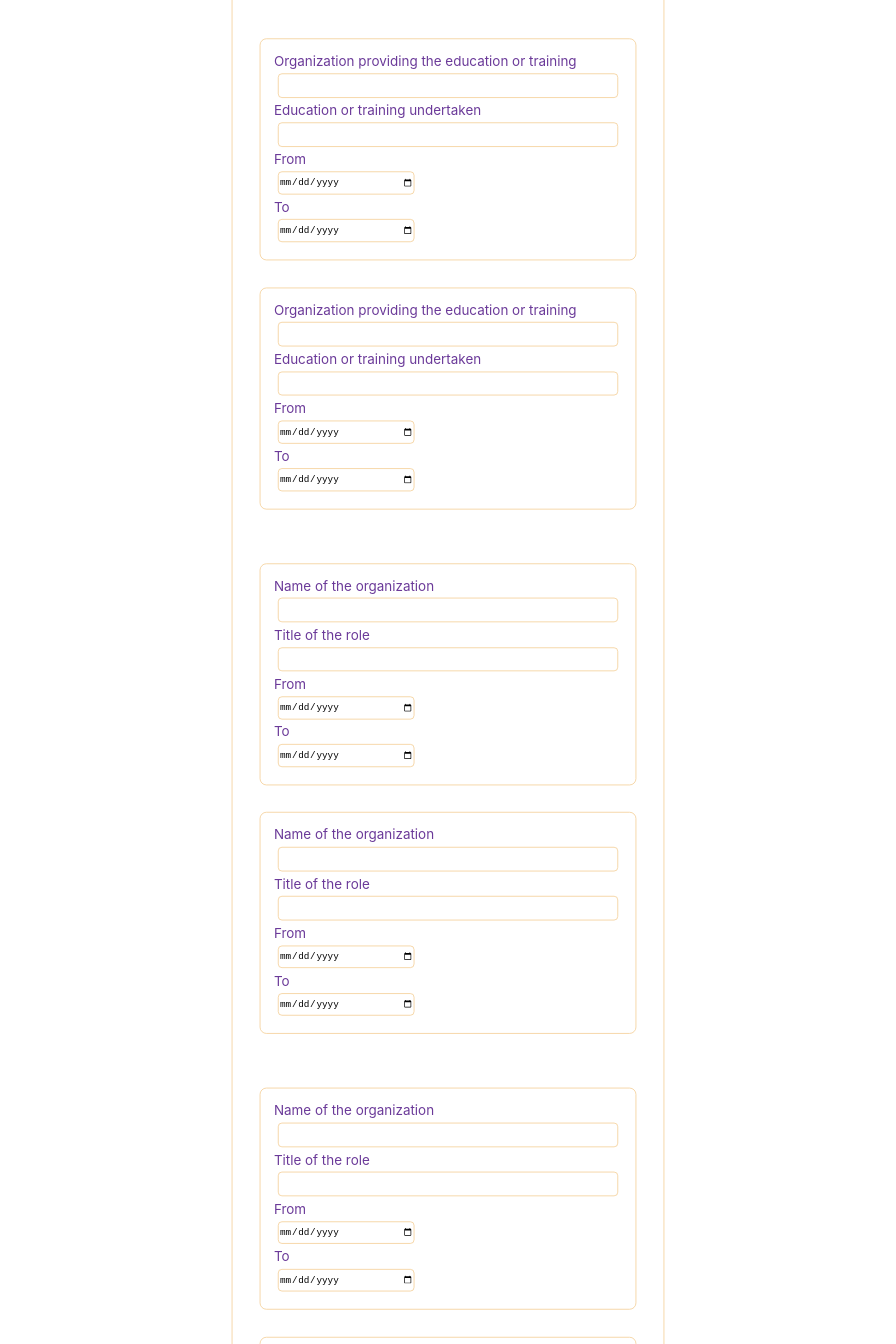
Repository: 0101chaitanya/resume-app
Page: /
The author's editor kept a copy of each file at every save. The page is drawn from the files as they stood at one save, then again after the next save.
The browser window is 1280 px wide. The pictures show the part of the page from y = 657 to 2577 px (the page is 3427 px tall), at 70% of full size.
The project was rebuilt for these pictures with package versions that can differ from the ones it lists, and the page was loaded fresh each time.

Above is the page before, as saved 2021-07-28 18:34:21.

### src/App.js
import React, { useState, useEffect } from "react";
import logo from "./logo.svg";
import "./App.css";
import Section1 from "./components/section1";
import Section2 from "./components/section2";
import Section3 from "./components/section3";
/* fullName: "",
    currentRole: "",
    address1: "",
    address2: "",
    about: "",
    phone: "",
    email: "",

    schoolName1: "",
    titleOfStudy1: "",
    from1: "",
    to1: "",

    schoolName2: "",
    titleOfStudy2: "",
    from2: "",
    to2: "",

    organizationName1: "",
    titleOfRole1: "",
    workedFrom1: "",
    workedTill1: "",

    organizationName2: "",
    titleOfRole2: "",
    workedFrom2: "",
    workedTill2: "",


    */

function App() {
  const [state, setState] = useState({
    skills: "",

    project1: "",
    project2: "",
    project3: "",
  });
  useEffect(() => {
    console.log(state);
  });
  const onChange = (e) => {
    const { name, value } = e.target;
    console.log(name, value);
    setState({
      ...state,
      [name]: value,
    });
    console.log(state);
  };
  const handleSubmit = (e) => {
    localStorage.setItem("savedData", JSON.stringify(state));
    setState({
      fullName: "",
      currentRole: "",
      address1: "",
      address2: "",
      email: "",
      phone: "",
      about: "fsfesffsffsefsfsefes",
      schoolName1: "",
      titleOfStudy1: "",
      from1: "",
      to1: "",
      schoolName2: "",
      titleOfStudy2: "",
      from2: "",
      to2: "",
      organizationName1: "",
      titleOfRole1: "",
      workedFrom1: "",
      workedTill1: "",
      organizationName2: "",
      titleOfRole2: "",
      workedFrom2: "",
      workedTill2: "",
      skills: "",
      project1: "",
      project2: "",
      project3: "",
    });
    e.target.submit();
  };

  return (
    <div className="app">
      <header className="App-header">
        <h1>Resume-App</h1>
      </header>
      <form
        onSubmit={(e) => {
          e.preventDefault();
          handleSubmit(e);
        }}
      >
        <Section1 state={state} onChange={onChange.bind(this)} />
        <Section2 state={state} onChange={onChange.bind(this)} />
        <Section3 state={state} onChange={onChange.bind(this)} />

        <div className="section section3">
          <div className="job1">
            <label htmlFor="organizationName1">
              Name of the organization
              <input
                required
                id="organizationName1"
                name="organizationName1"
                onChange={onChange}
                value={state.organizationName1}
                type="text"
              />
            </label>
            <label htmlFor="titleOfRole1">
              Title of the role
              <input
                required
                id="titleOfRole1"
                name="titleOfRole1"
                onChange={onChange}
                value={state.titleOfRole1}
                type="text"
              />
            </label>
            <label htmlFor="workedFrom1">
              From
              <input
                required
                id="workedFrom1"
                name="workedFrom1"
                onChange={onChange}
                value={state.workedFrom1}
                type="date"
              />
            </label>
            <label htmlFor="workedTill1">
              To
              <input
                required
                id="workedTill1"
                name="workedTill1"
                onChange={onChange}
                value={state.workedTill1}
                type="date"
              />
            </label>
          </div>
          <div className="job2">
            <label htmlFor="organizationName2">
              Name of the organization
              <input
                id="organizationName2"
                name="organizationName2"
                onChange={onChange}
                value={state.organizationName2}
                type="text"
              />
            </label>
            <label htmlFor="titleOfRole2">
              Title of the role
              <input
                id="titleOfRole2"
                name="titleOfRole2"
                onChange={onChange}
                value={state.titleOfRole2}
                type="text"
              />
            </label>
            <label htmlFor="workedFrom2">
              From
              <input
                id="workedFrom2"
                name="workedFrom2"
                onChange={onChange}
                value={state.workedFrom2}
                type="date"
              />
            </label>
            <label htmlFor="workedTill2">
              To
              <input
                id="workedTill2"
                name="workedTill2"
                onChange={onChange}
                value={state.workedTill2}
                type="date"
              />
            </label>
          </div>
        </div>
        <div className="section section4">
          <label htmlFor="skills">
            Skills
            <input
              required
              id="skills"
              name="skills"
              onChange={onChange}
              value={state.skills}
              type="text"
            />
          </label>
        </div>
        <div className="section section5">
          <ol>
            Projects:
            <li>
              <label htmlFor="project1">
                <input
                  required
                  id="project1"
                  name="project1"
                  onChange={onChange}
                  value={state.project1}
                  type="text"
                />
              </label>
            </li>
            <li>
              <label htmlFor="project2">
                <input
                  required
                  id="project2"
                  name="project2"
                  onChange={onChange}
                  value={state.project2}
                  type="text"
                />
              </label>
            </li>
            <li>
              <label htmlFor="project3">
                <input
                  id="project3"
                  name="project3"
                  onChange={onChange}
                  value={state.project3}
                  type="text"
                />
              </label>
            </li>
          </ol>
        </div>
        <button type="submit">Save</button>
      </form>
    </div>
  );
}

export default App;

### src/App.css
html {
  font-size: 1.2rem;
  font-weight: 400;
  color: rgb(107, 58, 153);
}
input {
  border-radius: 0.3rem;
  height: 1.6rem;
  border: 0.1rem solid rgb(243, 200, 135);
  border-radius: 0.3rem;
}
.app {
  margin: auto;
  display: flex;
  flex-direction: column;
  border: 0.1rem solid rgb(243, 200, 135);
  width: fit-content;
  border-radius: 1rem;
  height: fit-content;
}

h1 {
  text-align: center;
  text-decoration: underline;
}
label {
  display: flex;
  flex-direction: column;
}
input[type="text"] {
  width: 25rem;
  margin: 0.3rem;
}
input[type="email"],
input[type="tel"] {
  width: 14rem;

  margin: 0.3rem;
}

input[type="date"] {
  width: 10rem;

  margin: 0.3rem;
}
.edu1,
.edu2,
.job1,
.job2 {
  margin: 1rem;
  padding: 1rem;
  border-radius: 0.5rem;
  border: 1px solid rgb(243, 200, 135);
}
.section {
  margin: 1rem;
  display: flex;
  flex-direction: column;
  justify-content: center;
}
form {
  display: flex;
  flex-direction: column;
  align-items: center;
}
button {
  justify-self: center;
  align-self: center;
  margin: 1rem;
  padding: 0.5rem;
  background-color: rgb(238, 238, 195);
  border-radius: 0.3rem;
  border: 1px solid rgb(243, 200, 135);
}

.section1,
.section4,
.section5 {
  margin: 1rem;
  padding: 1rem;

  border-radius: 0.5rem;
  border: 1px solid rgb(243, 200, 135);
}

### src/components/section1.js
import React, { useState } from "react";

export default function Section1(props) {
  const [state, setState] = useState({
    fullName: props.state.fullName,
    currentRole: props.state.currentRole,
    address1: props.state.address1,
    address2: props.state.address2,
    email: props.state.email,
    phone: props.state.phone,
    about: props.state.about,

    /* fullName: "",
    currentRole: "",
    address1: "",
    address2: "",
    about: "",
    phone: "",
    email: "", */
  });
  return (
    <div className="section section1">
      <label htmlFor="fullName">
        Full Name
        <input
          required
          id="fullName"
          name="fullName"
          onChange={(e) => props.onChange(e)}
          value={state.fullName}
          type="text"
        />
      </label>
      <label htmlFor="currentRole">
        Current Role
        <input
          required
          id="currentRole"
          name="currentRole"
          onChange={props.onChange}
          value={state.currentRole}
          type="text"
        />
      </label>
      <label htmlFor="address1">
        Address Field 1
        <input
          required
          id="address1"
          name="address1"
          onChange={props.onChange}
          value={state.address1}
          type="text"
        />
      </label>
      <label htmlFor="address2">
        Address Field 2
        <input
          required
          id="address2"
          name="address2"
          onChange={props.onChange}
          value={state.address2}
          type="text"
        />
      </label>
      <label htmlFor="email">
        Email
        <input
          required
          id="email"
          name="email"
          onChange={props.onChange}
          value={state.email}
          type="email"
        />
      </label>
      <label htmlFor="phone">
        Phone
        <input
          required
          id="phone"
          name="phone"
          onChange={props.onChange}
          value={state.phone}
          type="tel"
        />
      </label>
      <label htmlFor="about">
        About
        <textarea
          rows={3}
          id="about"
          name="about"
          onChange={props.onChange}
          value={state.about}
        />
      </label>
    </div>
  );
}

### src/components/section2.js
import React, { useState } from "react";

export default function Section2(props) {
  const [state, setState] = useState({
    schoolName1: props.state.schoolName1,
    titleOfStudy1: props.state.titleOfStudy1,
    from1: props.state.from1,
    to1: props.state.to1,

    schoolName2: props.state.schoolName2,
    titleOfStudy2: props.state.titleOfStudy2,
    from2: props.state.from2,
    to2: props.state.to2,
  });

  return (
    <div className="section section2">
      <div className="edu1">
        <label htmlFor="schoolName1">
          Organization providing the education or training
          <input
            required
            id="schoolName1"
            name="schoolName1"
            onChange={props.onChange}
            value={state.schoolName1}
            type="text"
          />
        </label>
        <label htmlFor="titleOfStudy1">
          Education or training undertaken
          <input
            required
            id="titleOfStudy1"
            name="titleOfStudy1"
            onChange={props.onChange}
            value={state.titleOfStudy1}
            type="text"
          />
        </label>
        <label htmlFor="from1">
          From
          <input
            required
            id="from1"
            name="from1"
            onChange={props.onChange}
            value={state.from1}
            type="date"
          />
        </label>
        <label htmlFor="to1">
          To
          <input
            required
            id="to1"
            name="to1"
            onChange={props.onChange}
            value={state.to1}
            type="date"
          />
        </label>
      </div>
      <div className="edu2">
        <label htmlFor="schoolName2">
          Organization providing the education or training
          <input
            required
            id="schoolName2"
            name="schoolName2"
            onChange={props.onChange}
            value={state.schoolName2}
            type="text"
          />
        </label>
        <label htmlFor="titleOfStudy2">
          Education or training undertaken
          <input
            required
            id="titleOfStudy2"
            name="titleOfStudy2"
            onChange={props.onChange}
            value={state.titleOfStudy2}
            type="text"
          />
        </label>
        <label htmlFor="from2">
          From
          <input
            required
            id="from2"
            name="from2"
            onChange={props.onChange}
            value={state.from2}
            type="date"
          />
        </label>
        <label htmlFor="to2">
          To
          <input
            required
            id="to2"
            name="to2"
            onChange={props.onChange}
            value={state.to2}
            type="date"
          />
        </label>
      </div>
    </div>
  );
}

### src/components/section3.js
import React, { useState } from "react";

export default function Section3(props) {
  const [state, setState] = useState({
    organizationName1: props.state.organizationName1,
    titleOfRole1: props.state.titleOfRole1,
    workedFrom1: props.state.workedFrom1,
    workedTill1: props.state.workedTill1,

    organizationName2: props.state.organizationName2,
    titleOfRole2: props.state.titleOfRole2,
    workedFrom2: props.state.workedFrom2,
    workedTill2: props.state.workedTill2,
  });
  return (
    <div className="section section3">
      <div className="job1">
        <label htmlFor="organizationName1">
          Name of the organization
          <input
            required
            id="organizationName1"
            name="organizationName1"
            onChange={props.onChange}
            value={state.organizationName1}
            type="text"
          />
        </label>
        <label htmlFor="titleOfRole1">
          Title of the role
          <input
            required
            id="titleOfRole1"
            name="titleOfRole1"
            onChange={props.onChange}
            value={state.titleOfRole1}
            type="text"
          />
        </label>
        <label htmlFor="workedFrom1">
          From
          <input
            required
            id="workedFrom1"
            name="workedFrom1"
            onChange={props.onChange}
            value={state.workedFrom1}
            type="date"
          />
        </label>
        <label htmlFor="workedTill1">
          To
          <input
            required
            id="workedTill1"
            name="workedTill1"
            onChange={props.onChange}
            value={state.workedTill1}
            type="date"
          />
        </label>
      </div>
      <div className="job2">
        <label htmlFor="organizationName2">
          Name of the organization
          <input
            id="organizationName2"
            name="organizationName2"
            onChange={props.onChange}
            value={state.organizationName2}
            type="text"
          />
        </label>
        <label htmlFor="titleOfRole2">
          Title of the role
          <input
            id="titleOfRole2"
            name="titleOfRole2"
            onChange={props.onChange}
            value={state.titleOfRole2}
            type="text"
          />
        </label>
        <label htmlFor="workedFrom2">
          From
          <input
            id="workedFrom2"
            name="workedFrom2"
            onChange={props.onChange}
            value={state.workedFrom2}
            type="date"
          />
        </label>
        <label htmlFor="workedTill2">
          To
          <input
            id="workedTill2"
            name="workedTill2"
            onChange={props.onChange}
            value={state.workedTill2}
            type="date"
          />
        </label>
      </div>
    </div>
  );
}

Loaded but not shown: public/index.html (common file); src/index.js (common file); src/index.css (common file); src/reportWebVitals.js (common file)

After the next save:
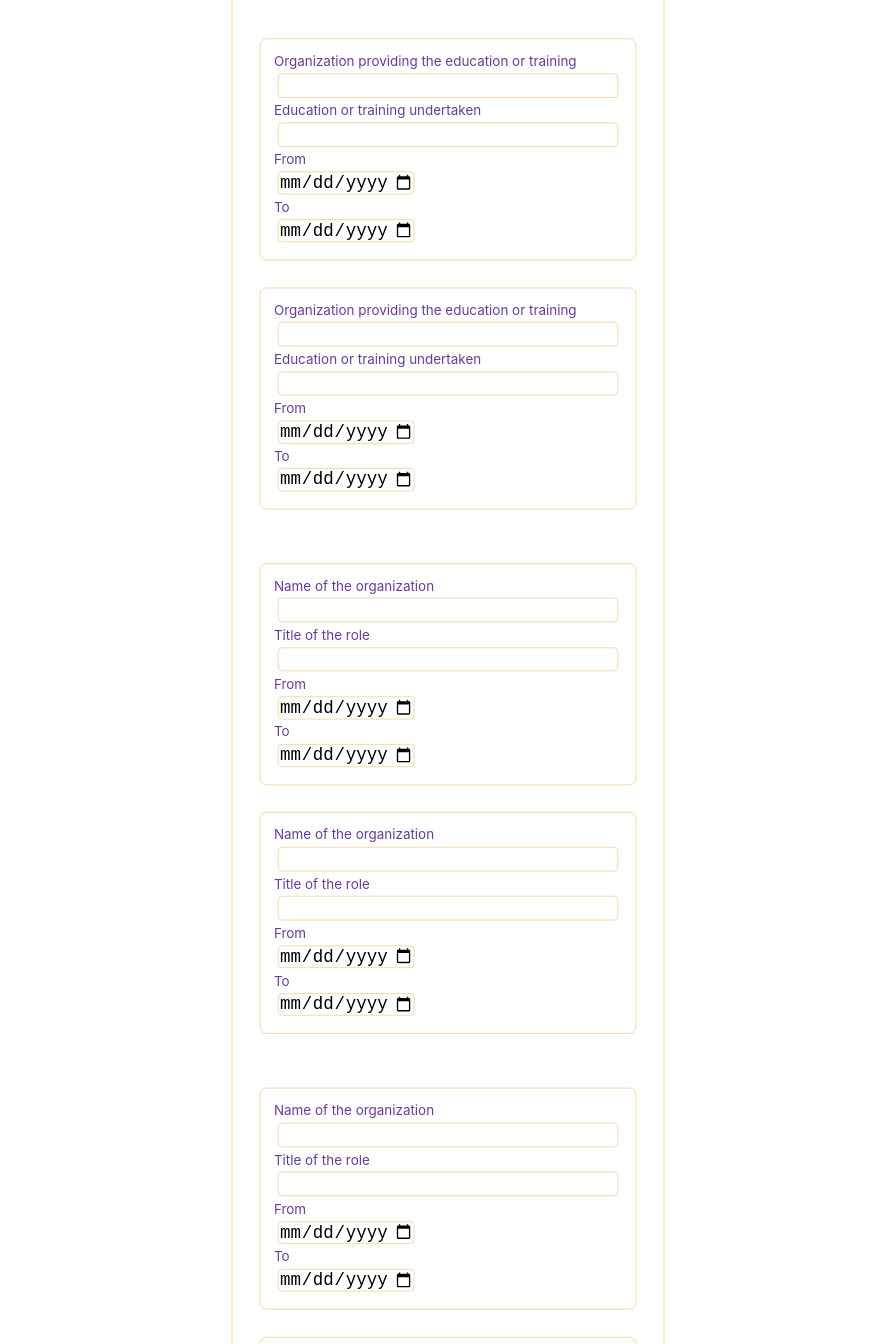
Saved 8 s later.
--- a/src/App.css
+++ b/src/App.css
@@ -8,6 +8,7 @@ input {
   height: 1.6rem;
   border: 0.1rem solid rgb(243, 200, 135);
   border-radius: 0.3rem;
+  font-size: 1.3rem;
 }
 .app {
   margin: auto;
